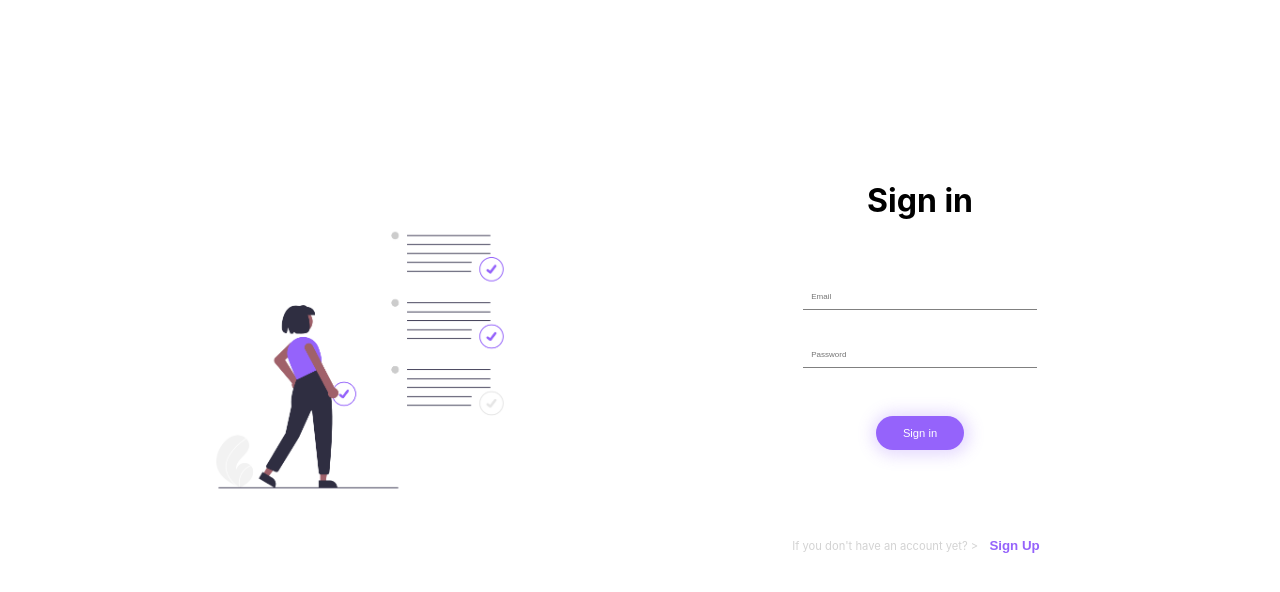
Repository: EEOOOO/wanted-pre-onboarding-fe
Page: / (app in to-do-list-app/)
The author's editor kept a copy of each file at every save. The page is drawn from the files as they stood at one save, then again after a run of saves.
The browser window is 1280 px wide. The pictures show the whole page.
The project was rebuilt for these pictures with package versions that can differ from the ones it lists, and the page was loaded fresh each time. Also part of the build but not shown: to-do-list-app/src/components/sign_up/sign_up.module.css, to-do-list-app/src/components/sign_up/sign_up.jsx, to-do-list-app/src/components/todoList/todo_list.jsx.

Above is the page before, as saved 2022-08-22 00:51:24.

After the next 2 saves:
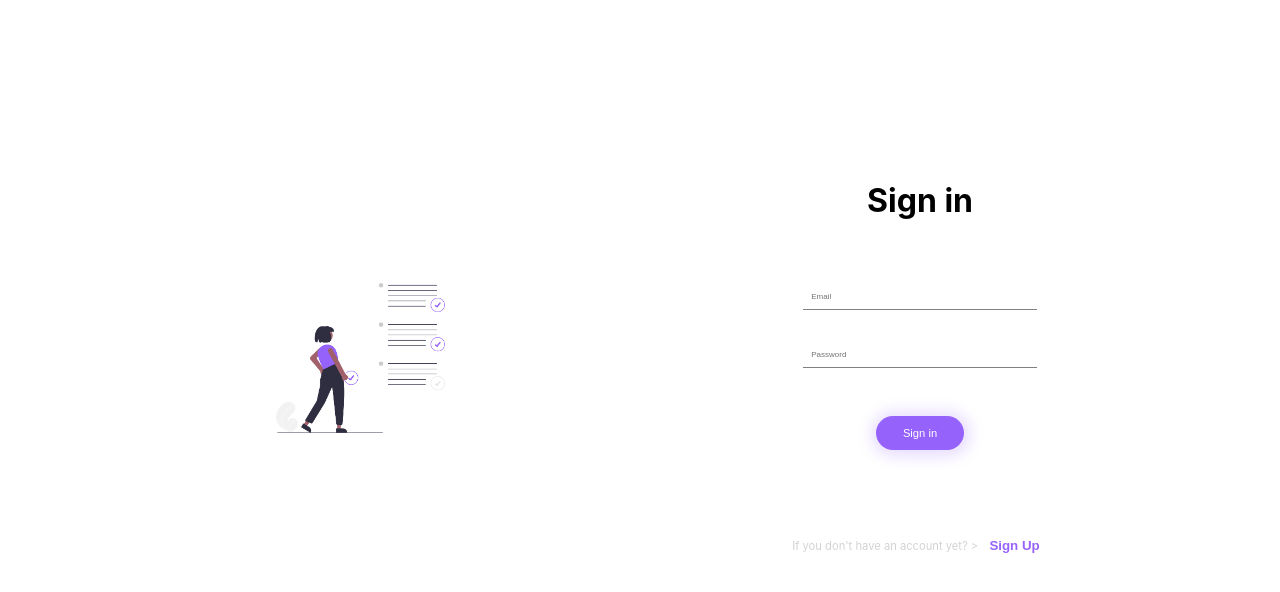
The 2 saves are shown as one change because they came seconds apart.
The last was saved 35 s later.
--- a/to-do-list-app/src/components/login/login.jsx
+++ b/to-do-list-app/src/components/login/login.jsx
@@ -12,7 +12,9 @@ const Login = (props) => {
     let [viewableScreen, setViewableScreen] = useState(signIn);
     return (
         <div className={style.login}>
-            <img src={loginImage} className={style.coverImage}/>
+            <div className={style.cover}>
+                <img src={loginImage} className={style.coverImage}/>
+            </div>
             <div className={style.inputContainer}>{viewableScreen}</div>
         </div>
     )
